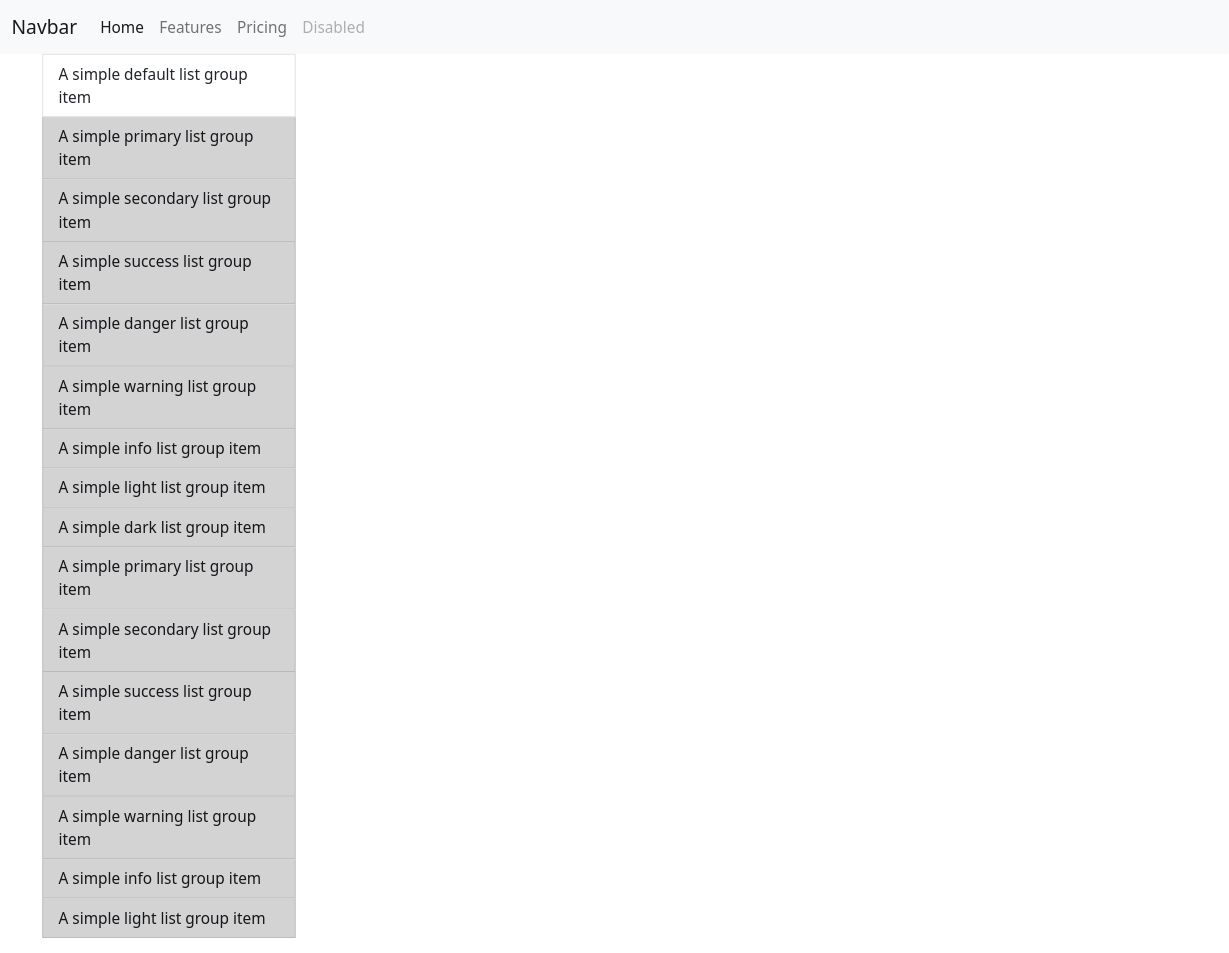
Repository: Dayvid0/BOOTSTRAP-TUTORIALS
Page: BOOTSTRAP-GRID-LAYOUTS/ibmexample.html
These files come from the project's save history. The page is drawn as it stood at one moment and after the next save; the edit follows.
The browser window is 1280 px wide. The pictures show the whole page, at 96% of full size.

Above is the page before, as saved 2025-01-24 16:54:43.

After the next save:
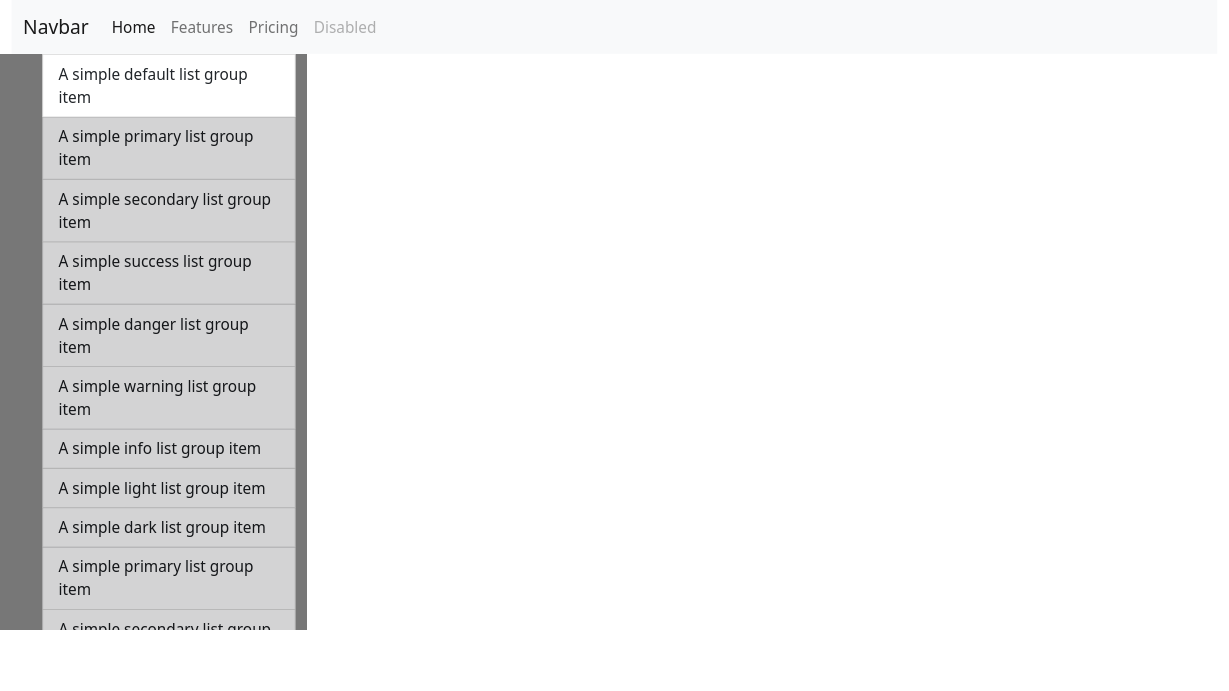
Saved 15 s later.
--- a/BOOTSTRAP-GRID-LAYOUTS/ibmexample.html
+++ b/BOOTSTRAP-GRID-LAYOUTS/ibmexample.html
@@ -6,7 +6,7 @@
     <meta name="viewport" content="width=device-width, initial-scale=1">
     <!-- Bootstrap CSS -->
     <link href="https://cdn.jsdelivr.net/npm/bootstrap@5.0.2/dist/css/bootstrap.min.css" rel="stylesheet" integrity="sha384-EVSTQN3/azprG1Anm3QDgpJLIm9Nao0Yz1ztcQTwFspd3yD65VohhpuuCOmLASjC" crossorigin="anonymous">
-    <link rel="stylesheet" href="i
+    <link rel="stylesheet" href="ibm-style.css"
   </head>
   <body>
     <div class="container-fluid">
